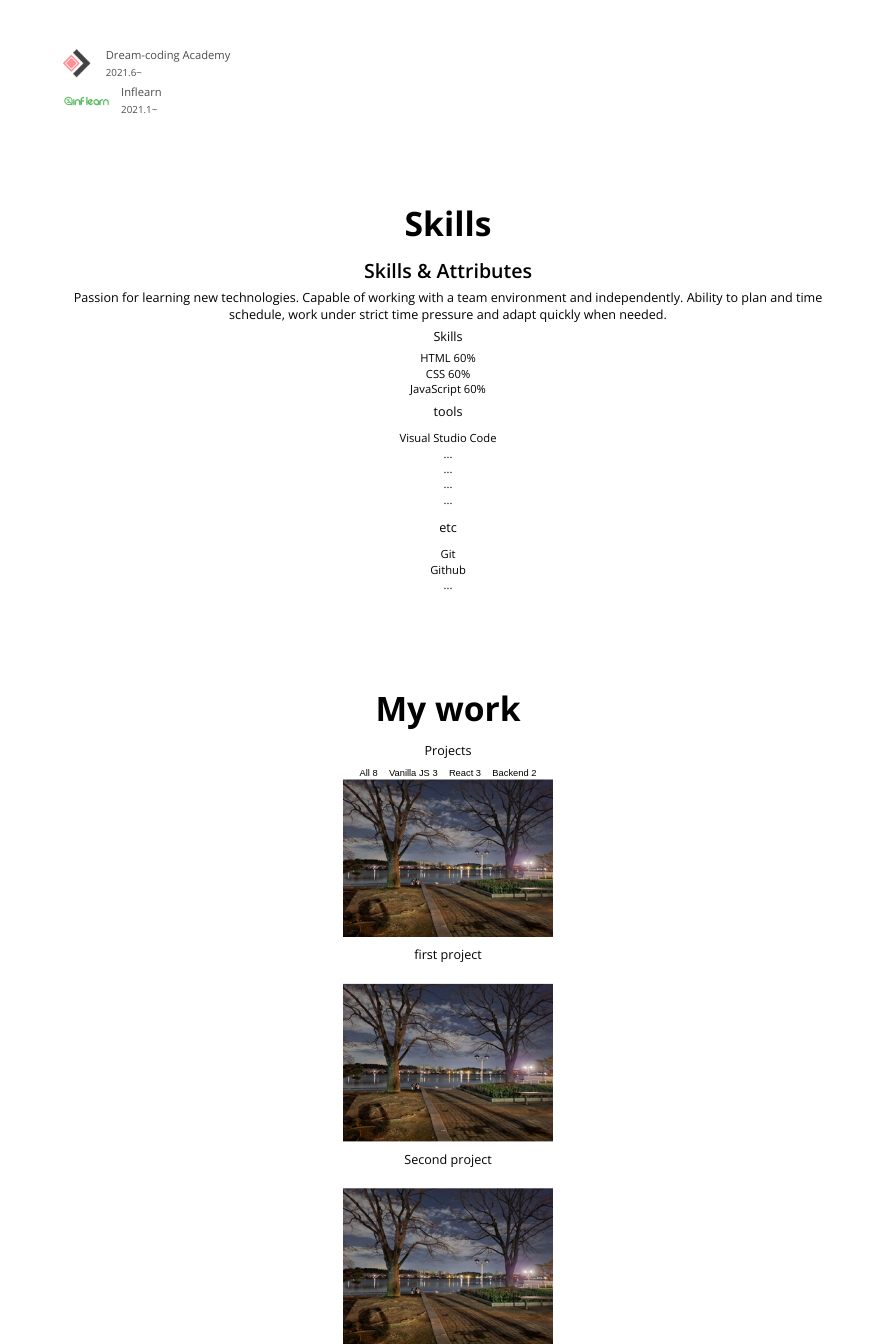
Repository: delphkim/portfolio
Page: index.html
An editor plug-in stored every save of this project. The page is shown before and after the next save, followed by the edit.
The browser window is 1280 px wide. The pictures show the part of the page from y = 1331 to 3251 px (the page is 6025 px tall before and 5925 px after), at 70% of full size.
Some web libraries are served in a nearby version.

Above is the page before, as saved 2021-08-04 11:59:45.

### index.html
<!DOCTYPE html>
<html lang="en">
  <head>
    <meta charset="UTF-8" />
    <meta http-equiv="X-UA-Compatible" content="IE=edge" />
    <meta name="viewport" content="width=device-width, initial-scale=1.0" />
    <title>DevelPhaba's Portfolio</title>
    <meta name="description" content="Portfolio for world-reknowned software engineer develPhaba"/>
    <meta name="author" content="develPhaba" />
    <link rel="icon" type="img/png" href="./imgs/favicon.png">
    <script src="https://kit.fontawesome.com/d2b892ca94.js" crossorigin="anonymous"></script>
    <link rel="preconnect" href="https://fonts.googleapis.com" />
    <link rel="preconnect" href="https://fonts.gstatic.com" crossorigin />
    <link href="https://fonts.googleapis.com/css2?family=Open+Sans:wght@400;600;700&display=swap" rel="stylesheet"/>
    <!-- CSS rules to specify families -->
    <!-- 1. font-family: 'Open Sans', sans-serif;  -->
    <link rel="stylesheet" href="./style.css">
    <script src="./main.js" defer></script>
  </head>
  <body>
    <!-- Navbar -->
    <nav id="navbar">
      <div class="navbar__logo">
        <img class="navbar__icon" src="./imgs/favicon.png" alt="logo">
        <a href="#">develPhaba</a>
      </div>

        <ul class="navbar__menu">
          <li class="navbar__menu__item active">Home</li>
          <li class="navbar__menu__item">About</li>
          <li class="navbar__menu__item">Skills</li>
          <li class="navbar__menu__item">My work</li>
          <li class="navbar__menu__item">Testimonials</li>
          <li class="navbar__menu__item">Contact</li>
        </ul>

    </nav>
    <!-- Home -->
    <section id="home">
      <img src="./imgs/home.jpg"
           alt="develPhabas' profile photo"
           class="home__avatar">
           <h1 class="home__title">Hello, <br>I'm develPhaba</br></h1>
           <h2 class="home__description">Front-end engineer, who wants to be a Full-stack engineer </h2>
           <button class="home__contact">Contact me</button>
    </section>
    <!-- About -->
    <section id="about" class="section">
      <h1>About me</h1>
      <p>I've studied front-end skills.
        <br>After working as a front-end endgineer for several years,
        <br>I want to broaden my skill stack.
      </p>
      <div class="about__majors">
        <div class="major">
          <div class="major__icon">
            <i class="fab fa-html5"></i>
          </div>
          <h2 class="major__title">HTML</>
          <p class="major__description">HTML5</p>
        </div>
        <div class="major">
            <div class="major__icon">
              <i class="fab fa-css3-alt"></i>
            </div>
            <h2 class="major__title">CSS</h2>
            <p class="major__description">CSS3</p>
        </div>
        <div class="major">
          <div class="major__icon">
            <i class="fab fa-js"></i>
          </div>
          <h2 class="major__title">JavaScript</h2>
          <p class="major__description">ES5<br>ES6+</p>
        </div>
      </div>
      <div class="about__schools">
        <div class="school">
          <img src="./imgs/schools/dream-coding.png" alt="dream-coding" class="school__logo">
          <div class="school__description">
             <p class="school__title">Dream-coding Academy</p>
             <p class="school__years">2021.6~</p>
          </div>
        </div>
        <div class="school">
          <img src="./imgs/schools/inflearn.png" alt="inflearn" class="school__logo">
          <div class="school__description">
             <p class="school__title">Inflearn</p>
             <p class="school__years">2021.1~</p>
          </div>
        </div>
      </div>

    </section>
    <!-- Skills -->
    <section id="skills" class="section">
      <h1>Skills</h1>
      <h2>Skills & Attributes</h2>
      <p>
        Passion for learning new technologies. Capable of working with a team environment
        and independently. Ability to plan and time schedule, work under
        strict time pressure and adapt quickly when needed.
      </p>
      <div class="skillset">
        <div class="skillset__left">
          <h3 class="skillset__title">Skills</h3>
          <div class="skill">
            <div class="skill__description">
              <span>HTML</span>
              <span>60%</span>
            </div>
            <div class="skill__bar">
              <div class="skill__value"></div>
            </div>
          </div>
          <div class="skill">
            <div class="skill__description">
              <span>CSS</span>
              <span>60%</span>
            </div>
            <div class="skill__bar">
              <div class="skill__value"></div>
            </div>
          </div>
          <div class="skill">
            <div class="skill__description">
              <span>JavaScript</span>
              <span>60%</span>
            </div>
            <div class="skill__bar">
              <div class="skill__value"></div>
            </div>
          </div>
        </div>
        <div class="skillset__right">
          <div class="tools">
            <h3 class="skillset__title">tools</h3>
            <ul class="tools__list">
              <li><span>Visual Studio Code</span></li>
              <li><span>...</span></li>
              <li><span>...</span></li>
              <li><span>...</span></li>
              <li><span>...</span></li>
            </ul>
          </div>
          <div class="etc">
            <h3 class="skillset__title">etc</h3>
            <ul class="ect__list">
              <li><span>Git</span></li>
              <li><span>Github</span></li>
              <li><span>...</span></li>
            </ul>
          </div>


        </div>
      </div>
    </section>
    <!-- Work -->
    <section id="work" class="section">
      <h1>My work</h1>
      <h3>Projects</h3>
      <div class="work__categories">
        <button class="category__btn">All <span class="category__count">8</span></button>
        <button class="category__btn">Vanilla JS <span class="category__count">3</span></button>
        <button class="category__btn">React <span class="category__count">3</span></button>
        <button class="category__btn">Backend <span class="category__count">2</span></button>
      </div>
      <div class="work__projects">
        <a href="https://github.com/develPhaba/test"
           class="project"
           targe="blank">
           <img class="project__img" src="./imgs/projects/1.jpg" alt="one">
           <div class="project__description">
             <h3>first project</h3>
             <span>Clone coding with HTML and CSS</span>
           </div>
        </a>
        <a href="https://github.com/develPhaba/test"
           class="project"
           target="blank">
           <img class="project__img" src="./imgs/projects/2.jpg" alt="two">
           <div class="project__description">
            <h3>Second project</h3>
            <span>Clone coding with HTML, CSS and JavaScript</span>
          </div>
        </a>
        <a href="https://github.com/develPhaba/test"
           class="project"
           target="blank">
           <img class="project__img" src="./imgs/projects/3.jpg" alt="three">
           <div class="project__description">
            <h3>third project</h3>
            <span>Clone coding with HTML,CSS and JavaScript</span>
           </div>
        </a>
        <a href="https://github.com/develPhaba/test"
           class="project"
           target="blank">
          <img class="project__img" src="./imgs/projects/4.jpg" alt="four">
          <div class="project__description">
            <h3>fourth project</h3>
            <span>Clone coding,Front-end with React</span>
          </div>
        </a>
        <a href="https://github.com/develPhaba/test"
           class="project"
           target="blank">
          <img class="project__img" src="./imgs/projects/5.jpg" alt="five">
          <div class="project__description">
            <h3>fifth project</h3>
            <span>Clone coding,Front-end with React</span>
          </div>
        </a>
        <a href="https://github.com/develPhaba/test"
           class="project"
           target="blank">
          <img class="project__img" src="./imgs/projects/6.jpg" alt="six">
          <div class="project__description">
            <h3>sixth project</h3>
            <span>Clone coding,Front-end with React</span>
          </div>
        </a>
        <a href="https://github.com/develPhaba/test"
           class="project"
           target="blank">
           <img class="project__img" src="./imgs/projects/7.jpg" alt="seven">
           <div class="project__description">
            <h3>seventh project</h3>
            <span>Clone coding, Back-end with Node.js</span>
           </div>
        </a>
        <a href="https://github.com/develPhaba/test"
           class="project"
           target="blank">
           <img class="project__img" src="./imgs/projects/8.jpg" alt="eight">
           <div class="project__description">
            <h3>eighth project</h3>
            <span>Clone coding, Back-end with Node.js</span>
           </div>
        </a>
      </div>
    </section>
    <!-- Testimonials -->
    <section id="testimonials" class="section">
      <h1>Testimonials</h1>
      <h3>See what they say about me</h3>
      <div class="testimonials">
        <div class="testimonial">
          <img src="./imgs/testimonial/people1.jpg"
               alt="people"
               class="testimonial__avatar">
               <div class="testimonial__speech-bubble">
                 <p>Lorem ipsum dolor sit amet consectetur adipisicing elit. Magnam, vitae.
                   Dolores sit in amet quos. Alias maiores accusantium dolore error illo eligendi,
                   vel sint aperiam nemo soluta debitis deserunt voluptas.</p>
                   <p class="name"><a href="https://github.com/develPhaba/test">TestName</a>/Test company</p>
               </div>
        </div>
        <div class="testimonial">
          <img src="./imgs/testimonial/people2.jpg"
               alt="people"
               class="testimonial__avatar">
               <div class="testimonial__speech-bubble">
                <p>Lorem ipsum dolor sit amet consectetur adipisicing elit. Magnam, vitae.
                  Dolores sit in amet quos. Alias maiores accusantium dolore error illo eligendi,
                  vel sint aperiam nemo soluta debitis deserunt voluptas.</p>
                <p class="name"><a href="https://github.com/develPhaba/test">TestName2</a>/Test company2</p>
              </div>
        </div>
      </div>
    </section>
    <!-- Contact -->
    <section id="contact" class="section">
      <h1 class="contact__title">Let's talk</h1>
      <h2 class="contact__email">hgkim9201@gmail.com</h2>
      <div class="contact__links">
      <a href="https://github.com/develPhaba">
        <i class="fa fa-github"></i>
      </a>
      <a href="">
      <i class="fa fa-linkedin-square"></i>
      </a>
      </div>
      <p class="contact__rights">Dreaming-coding Ellie -All rights reserved</p>
    </section>
  </body>
</html>

### style.css
:root {
  /* Color */
  --color-white: #ffffff;
  --color-light-white: #eeeeee;
  --color-dark-white: #bdbdbd;
  --color-pink: #fe918d;
  --color-dark-pink: #ff6863;
  --color-black: #4d4d4d;
  --color-dark-grey: #4d4d4d;
  --color-grey: #616161;
  --color-blue: #73aace;
  --color-yellow: #fff7d1;
  --color-orange: #feb546;
  --color-black: #000000;
  --color-green: #80deea;
  --color-sky-blue: #2979ff;
  --color-dark-blue: rgb(31, 94, 204);
  /* Font size */
  --font-large: 48px;
  --font-medium: 28px;
  --font-regular: 18px;
  --font-small: 16px;
  --font-micro: 14px;
  /* Font weight */
  --weight-bold: 700;
  --weight-semi-bold: 600;
  --weight-regular: 400;
  /* Size */
  --size-border-radius: 4px;
  /*Animation*/
  --animation-duration: 300ms;
}
/* Universal tags */
* {
  box-sizing: border-box;
}
body {
  font-family: "Open Sans", sans-serif;
  margin: 0;
  cursor: default;
}
a {
  text-decoration: none;
  color: var(--color-white);
}
ul {
  list-style: none;
  padding-left: 0;
}
h1 {
  font-size: var(--font-large);
  font-weight: var(--weight-bold);
  color: var(--color-black);
  margin: 16px 0;
}
h2 {
  font-size: var(--font-medium);
  font-weight: var(--weight-semi-bold);
  color: var(--color-black);
  margin: 8px 0;
}
h3 {
  font-size: var(--font-regular);
  font-weight: var(--weight-regular);
  color: var(--color-black);
  margin: 8px 0;
}
p {
  font-size: var(--font-regular);
  font-weight: var(--weight-regular);
  color: var(--color-black);
  margin: 4px 0;
}
button {
  background-color: transparent;
  cursor: pointer;
  border: none;
  outline: none;
}
/* Navbar */
#navbar {
  display: flex;
  justify-content: space-between;
  background-color: var(--color-sky-blue);
  align-items: center;
  color: var(--color-white);
  padding: 16px;
}
.navbar__logo {
  font-size: var(--font-medium);
  font-weight: var(--weight-semi-bold);
}
.navbar__icon {
  width: var(--font-medium);
  height: var(--font-medium);
}
.navbar__menu {
  display: flex;
}
.navbar__menu__item {
  padding: 8px 12px;
  margin: 0 4px;
  cursor: pointer;
  border-radius: var(--size-border-radius);
}
.navbar__menu__item:hover {
  background-color: var(--color-dark-blue);
}
.navbar__menu__item.active {
  border: 1px solid var(--color-white);
}
/*Home*/
#home {
  background: url(./imgs/homepage-background.png) center/cover no-repeat;
  padding: 40px;
  text-align: center;
}
.home__avatar {
  width: 250px;
  height: 250px;
  border-radius: 50%;
  border: 2px solid var(--color-light-white);
}
.home__title,
.home__description {
  color: var(--color-white);
}
.home__contact {
  color: var(--color-white);
  font-size: var(--font-regular);
  font-weight: var(--weight-bold);
  margin: 24px;
  padding: 8px 12px;
  border: 2px solid var(--color-white);
  border-radius: var(--size-border-radius);
}
/* Section common */
.section {
  text-align: center;
  padding: 50px;
  max-width: 1200px;
  margin: auto;
}
/* About me */
.about__majors {
  display: flex;
  justify-content: space-between;
  margin: 80px 0;
}
.major__icon {
  color: var(--color-dark-blue);
  font-size: 70px;
  width: 170px;
  height: 170px;
  line-height: 170px;
  margin: auto;
  border: 1px solid var(--color-blue);
  border-radius: 50%;
  margin-bottom: 16px;
}
.major__title,
.major__description {
  color: var(--color-dark-grey);
}
.major__description {
  font-size: var(--font-small);
}
.major__icon i {
  transition: all var(--animation-duration) ease;
}
.major__icon:hover i {
  transform: rotate(-30deg) scale(1.1);
  color: var(--color-dark-pink);
}
.school {
  display: flex;
  align-items: center;
}
.school__description {
  margin: 0 16px;
  text-align: left;
}
.school__title,
.school__years {
  color: var(--color-dark-grey);
}

.school__title {
  font-size: var(--font-small);
}
.school__years {
  font-size: var(--font-micro);
}

Loaded but not shown: main.js (no stored copy; drawn as an empty file)

After the next save:
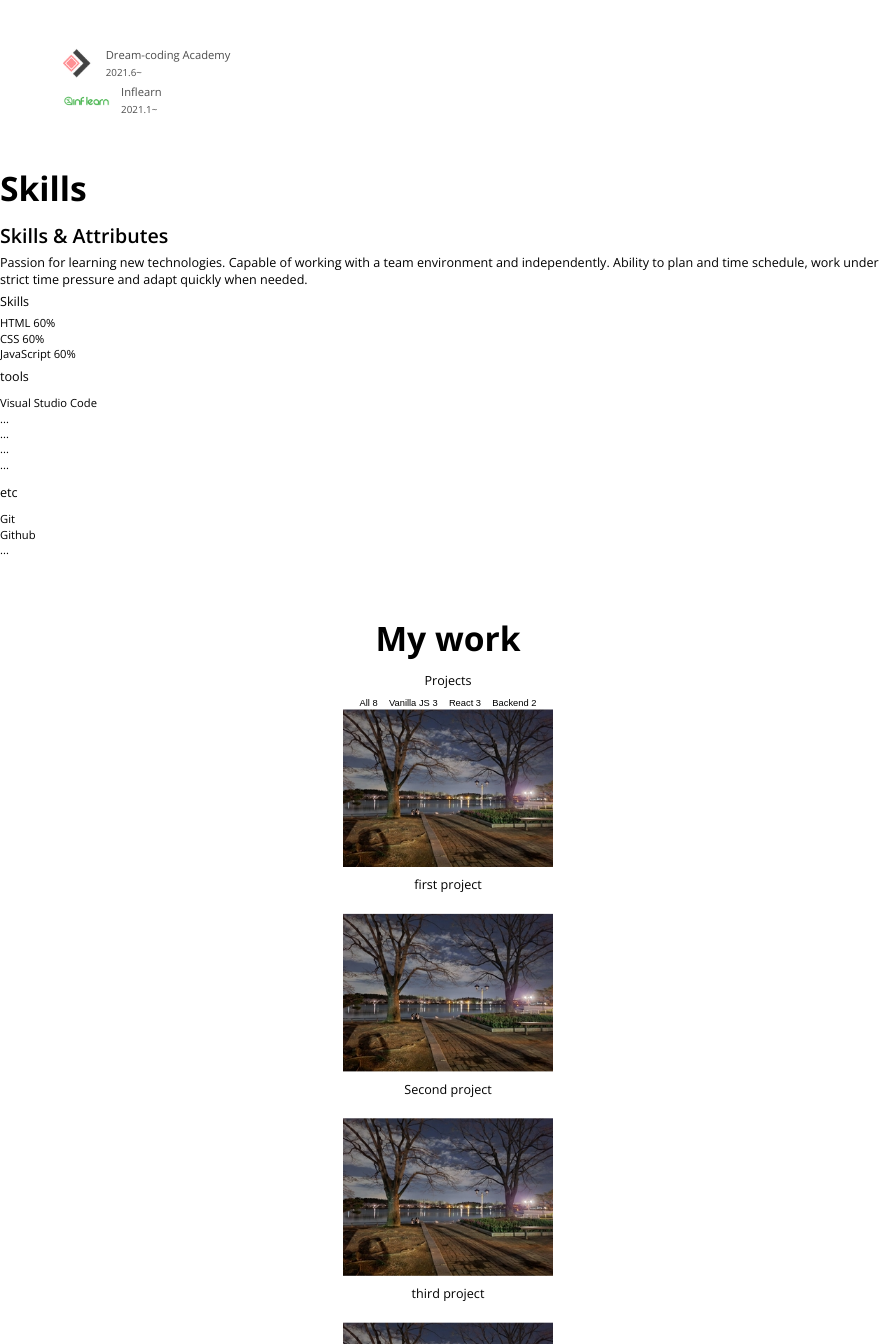
Saved 45 min 52 s later.
--- a/index.html
+++ b/index.html
@@ -45,7 +45,7 @@
            <button class="home__contact">Contact me</button>
     </section>
     <!-- About -->
-    <section id="about" class="section">
+    <section id="about" class="section section__container">
       <h1>About me</h1>
       <p>I've studied front-end skills.
         <br>After working as a front-end endgineer for several years,
@@ -93,70 +93,70 @@
 
     </section>
     <!-- Skills -->
-    <section id="skills" class="section">
-      <h1>Skills</h1>
-      <h2>Skills & Attributes</h2>
-      <p>
-        Passion for learning new technologies. Capable of working with a team environment
-        and independently. Ability to plan and time schedule, work under
-        strict time pressure and adapt quickly when needed.
-      </p>
-      <div class="skillset">
-        <div class="skillset__left">
-          <h3 class="skillset__title">Skills</h3>
-          <div class="skill">
-            <div class="skill__description">
-              <span>HTML</span>
-              <span>60%</span>
-            </div>
-            <div class="skill__bar">
-              <div class="skill__value"></div>
-            </div>
-          </div>
-          <div class="skill">
-            <div class="skill__description">
-              <span>CSS</span>
-              <span>60%</span>
-            </div>
-            <div class="skill__bar">
-              <div class="skill__value"></div>
-            </div>
-          </div>
-          <div class="skill">
-            <div class="skill__description">
-              <span>JavaScript</span>
-              <span>60%</span>
-            </div>
-            <div class="skill__bar">
-              <div class="skill__value"></div>
-            </div>
-          </div>
-        </div>
-        <div class="skillset__right">
-          <div class="tools">
-            <h3 class="skillset__title">tools</h3>
-            <ul class="tools__list">
-              <li><span>Visual Studio Code</span></li>
-              <li><span>...</span></li>
-              <li><span>...</span></li>
-              <li><span>...</span></li>
-              <li><span>...</span></li>
-            </ul>
-          </div>
-          <div class="etc">
-            <h3 class="skillset__title">etc</h3>
-            <ul class="ect__list">
-              <li><span>Git</span></li>
-              <li><span>Github</span></li>
-              <li><span>...</span></li>
-            </ul>
-          </div>
-
-
-        </div>
-      </div>
-    </section>
-    <!-- Work -->
+     <section id="skills">
+       <div class="section__container">
+           <h1>Skills</h1>
+  <h2>Skills & Attributes</h2>
+  <p>
+    Passion for learning new technologies. Capable of working with a team environment
+    and independently. Ability to plan and time schedule, work under
+    strict time pressure and adapt quickly when needed.
+  </p>
+  <div class="skillset">
+    <div class="skillset__left">
+      <h3 class="skillset__title">Skills</h3>
+      <div class="skill">
+        <div class="skill__description">
+          <span>HTML</span>
+          <span>60%</span>
+        </div>
+        <div class="skill__bar">
+          <div class="skill__value"></div>
+        </div>
+      </div>
+      <div class="skill">
+        <div class="skill__description">
+          <span>CSS</span>
+          <span>60%</span>
+        </div>
+        <div class="skill__bar">
+          <div class="skill__value"></div>
+        </div>
+      </div>
+      <div class="skill">
+        <div class="skill__description">
+          <span>JavaScript</span>
+          <span>60%</span>
+        </div>
+        <div class="skill__bar">
+          <div class="skill__value"></div>
+        </div>
+      </div>
+    </div>
+    <div class="skillset__right">
+      <div class="tools">
+        <h3 class="skillset__title">tools</h3>
+        <ul class="tools__list">
+          <li><span>Visual Studio Code</span></li>
+          <li><span>...</span></li>
+          <li><span>...</span></li>
+          <li><span>...</span></li>
+          <li><span>...</span></li>
+        </ul>
+      </div>
+      <div class="etc">
+        <h3 class="skillset__title">etc</h3>
+        <ul class="ect__list">
+          <li><span>Git</span></li>
+          <li><span>Github</span></li>
+          <li><span>...</span></li>
+        </ul>
+      </div>
+    </div>
+  </div>
+       </div>
+    </section>
+   <!-- Work -->
     <section id="work" class="section">
       <h1>My work</h1>
       <h3>Projects</h3>

After the save that followed:
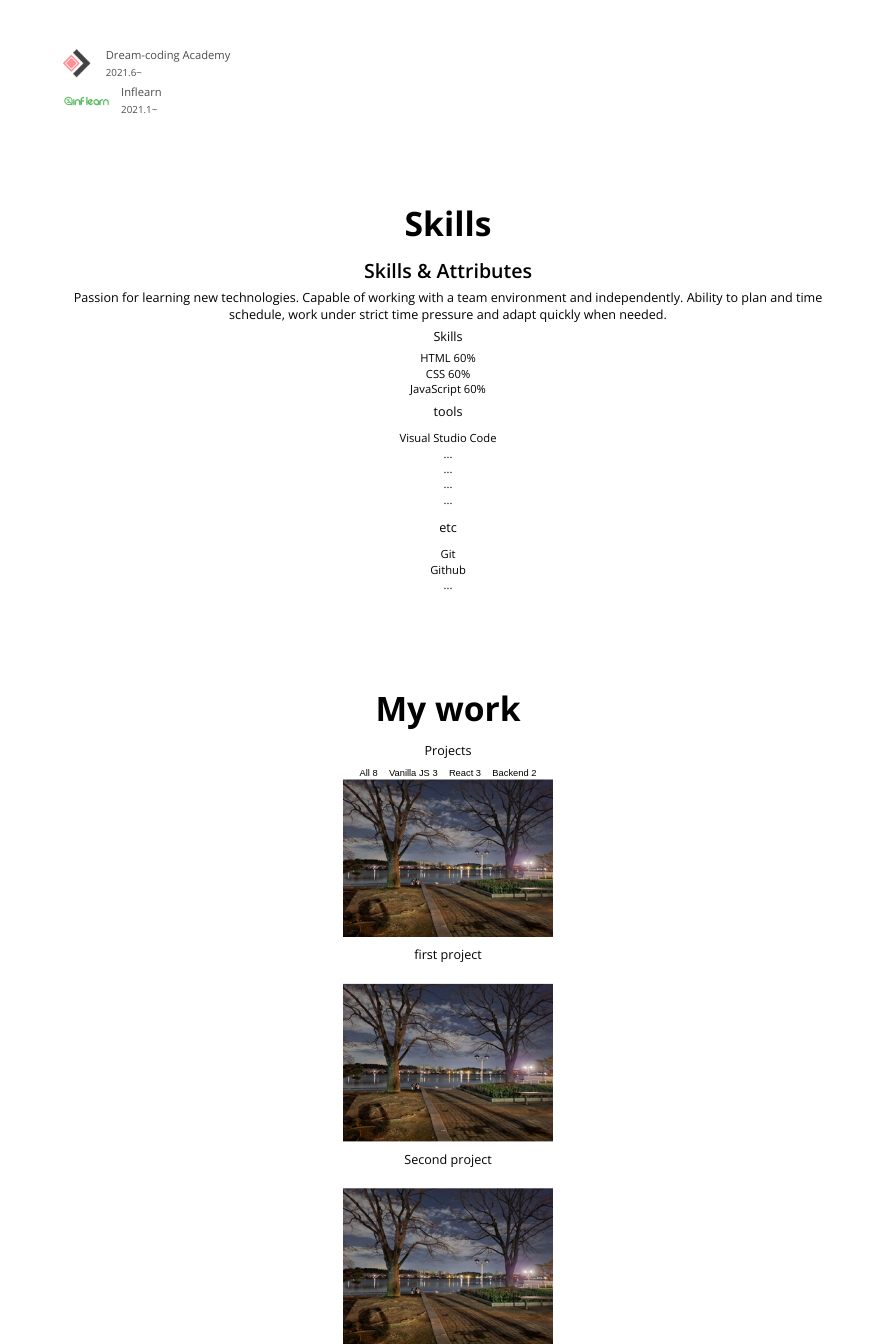
Saved 20 s later.
--- a/index.html
+++ b/index.html
@@ -93,7 +93,7 @@
 
     </section>
     <!-- Skills -->
-     <section id="skills">
+     <section id="skills" class="section">
        <div class="section__container">
            <h1>Skills</h1>
   <h2>Skills & Attributes</h2>
